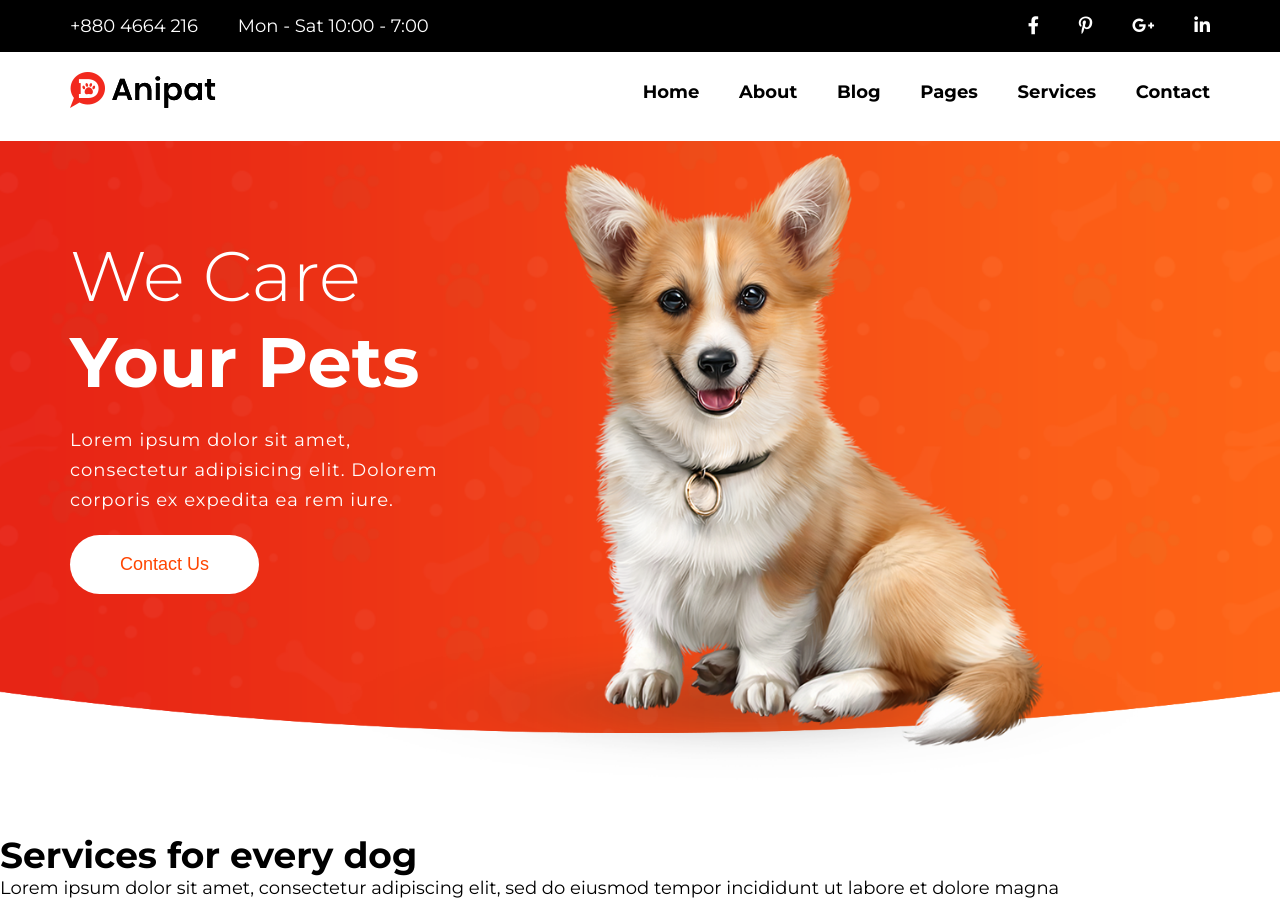
Repository: giahuy405/Day_2_Anipat
Page: index.html
An editor plug-in stored every save of this project. The page is shown before and after the next save, followed by the edit.
The browser window is 1280 px wide. The pictures show the whole page.

Above is the page before, as saved 2022-09-08 23:17:04.

After the next save:
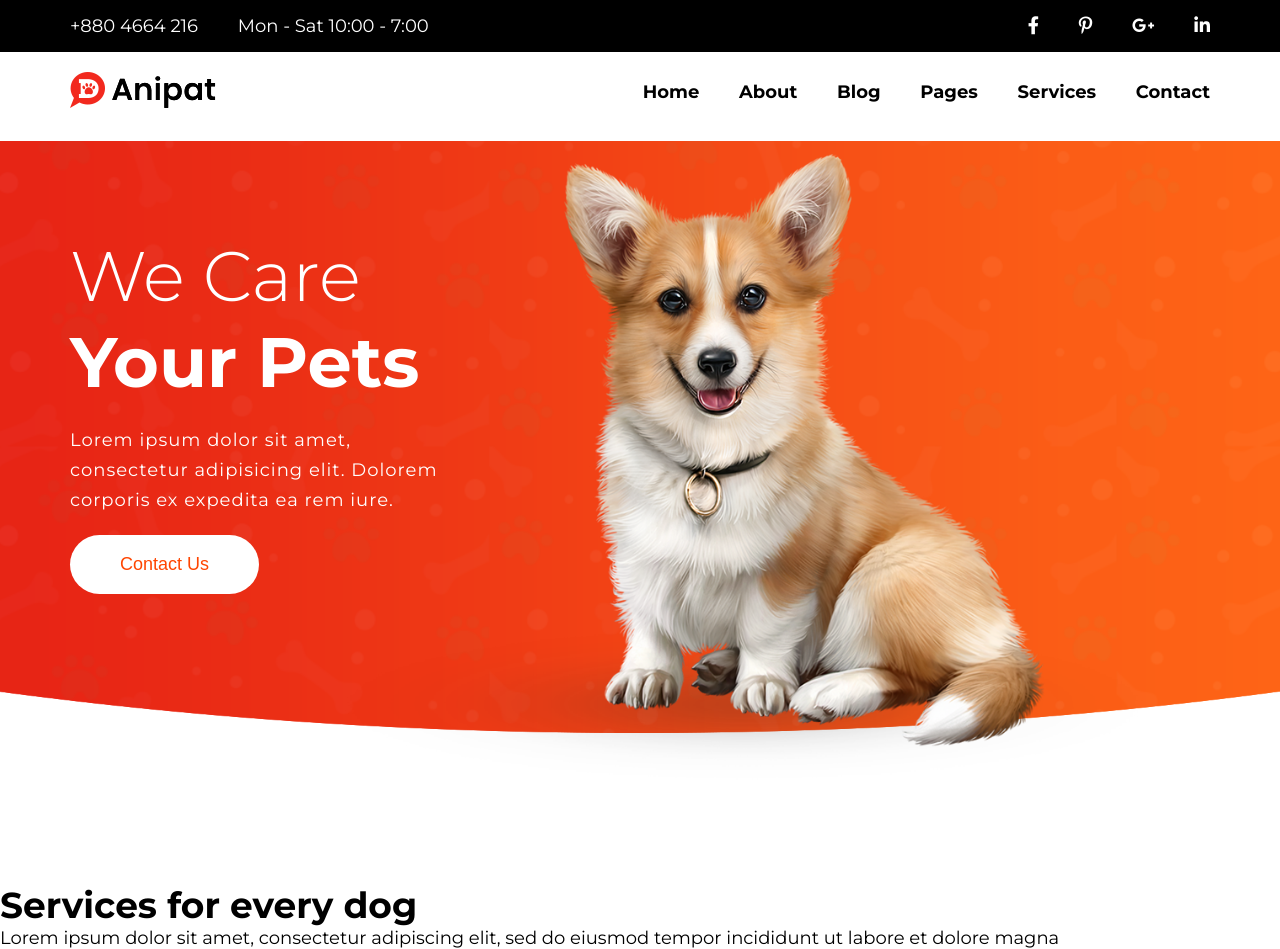
Saved 8 s later.
--- a/css/index.css
+++ b/css/index.css
@@ -73,7 +73,7 @@ html{
     background-size: 100%;
     height: 600px;
     position: relative;
-    margin-bottom: 100px;
+    margin-bottom: 150px;
 }
 .carousel__content{
     float: left;
